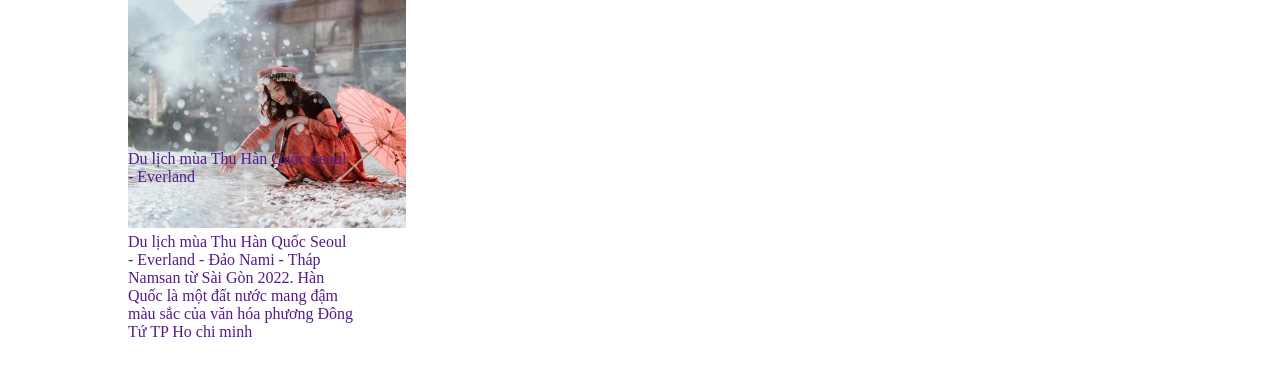
Repository: hoang71299/fe_26
Page: buoi 6/2.html
The author's editor kept a copy of each file at every save. The page is drawn from the files as they stood at one save, then again after the next save.
The browser window is 1280 px wide. The pictures show the whole page.

Above is the page before, as saved 2022-08-30 15:29:29.

After the next save:
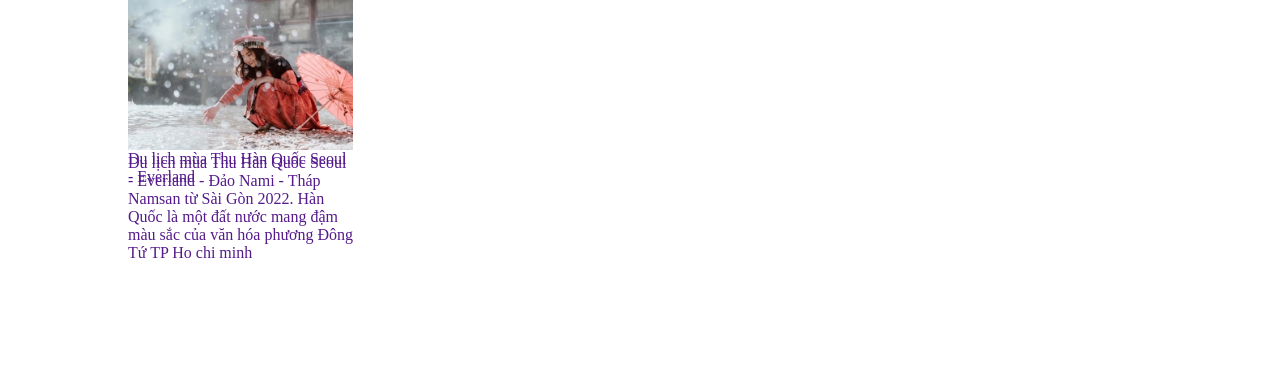
Saved 36 s later.
--- a/buoi 6/2.css
+++ b/buoi 6/2.css
@@ -19,12 +19,13 @@ html,body{
 .top{
     width: 100%;
     display: inline-block;
+    text-decoration: none;
 }
 .top .content{
     width: 100%;
     height: 150px;
 }
-.top .content .hinh{
+.top .content .hinhsp{
     width: 100%;
     height: 100%;
     object-fit: cover;
